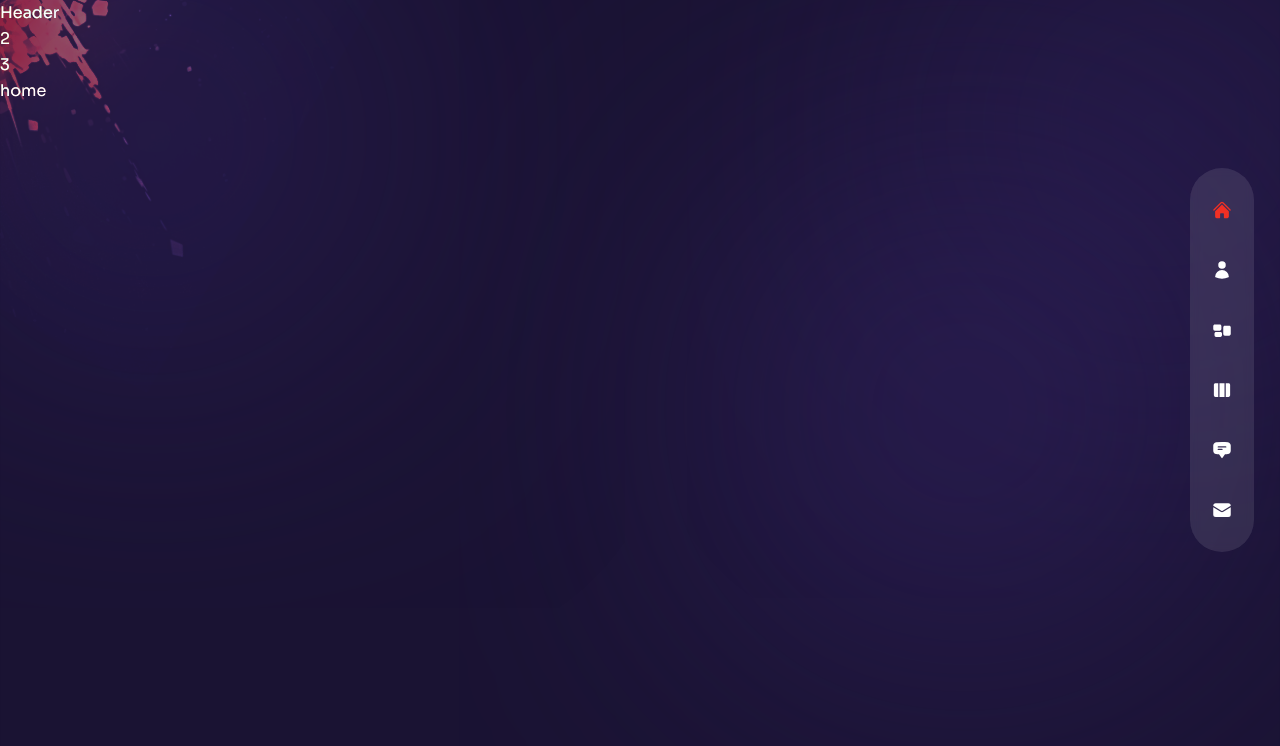
Repository: zecht12/Portofolio-without-db
Page: /
The author's editor kept a copy of each file at every save. The page is drawn from the files as they stood at one save, then again after a run of saves.
The browser window is 1280 px wide. The pictures show the whole page.
The project was rebuilt for these pictures with package versions that can differ from the ones it lists, and the page was loaded fresh each time. The framework's server and built-in components were replaced by stand-ins that run in the browser. Also part of the build but not shown: next.config.js.

Above is the page before, as saved 2023-10-05 23:06:29.

After the next 5 saves:
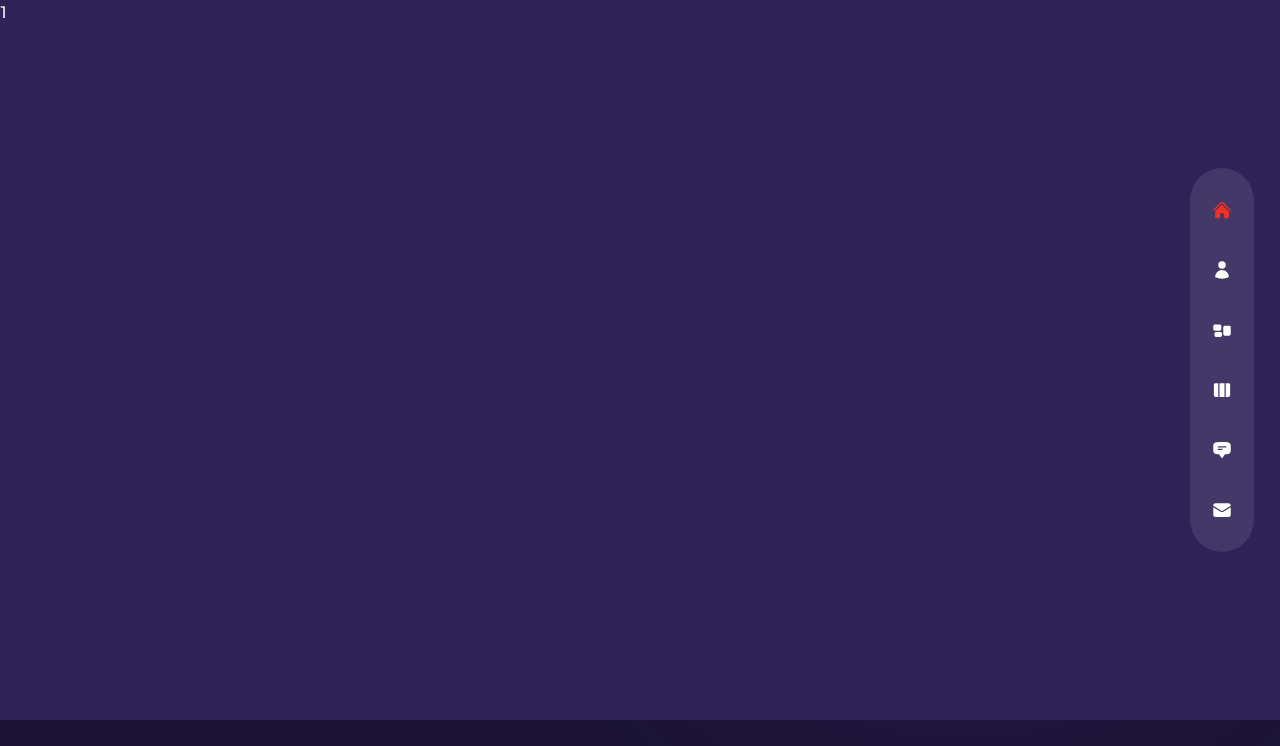
The 5 saves are shown as one change because 1 did not build or start and some came seconds apart.
The last was saved 26 s later.
--- a/components/Transition.js
+++ b/components/Transition.js
@@ -18,7 +18,7 @@
 const Transition = () => {
   return (
     <>
-      <motion.div variants={transitionVariants} className='fixed top-0 bottom-0 right-full w-screen h-screen z-30 bg-[#2e2257] '>1</motion.div>
+      <motion.div variants={transitionVariants} initial="initial" className='fixed top-0 bottom-0 right-full w-screen h-screen z-30 bg-[#2e2257] '>1</motion.div>
       <div>2</div>
       <div>3</div>
     </>

After the 3 saves that followed:
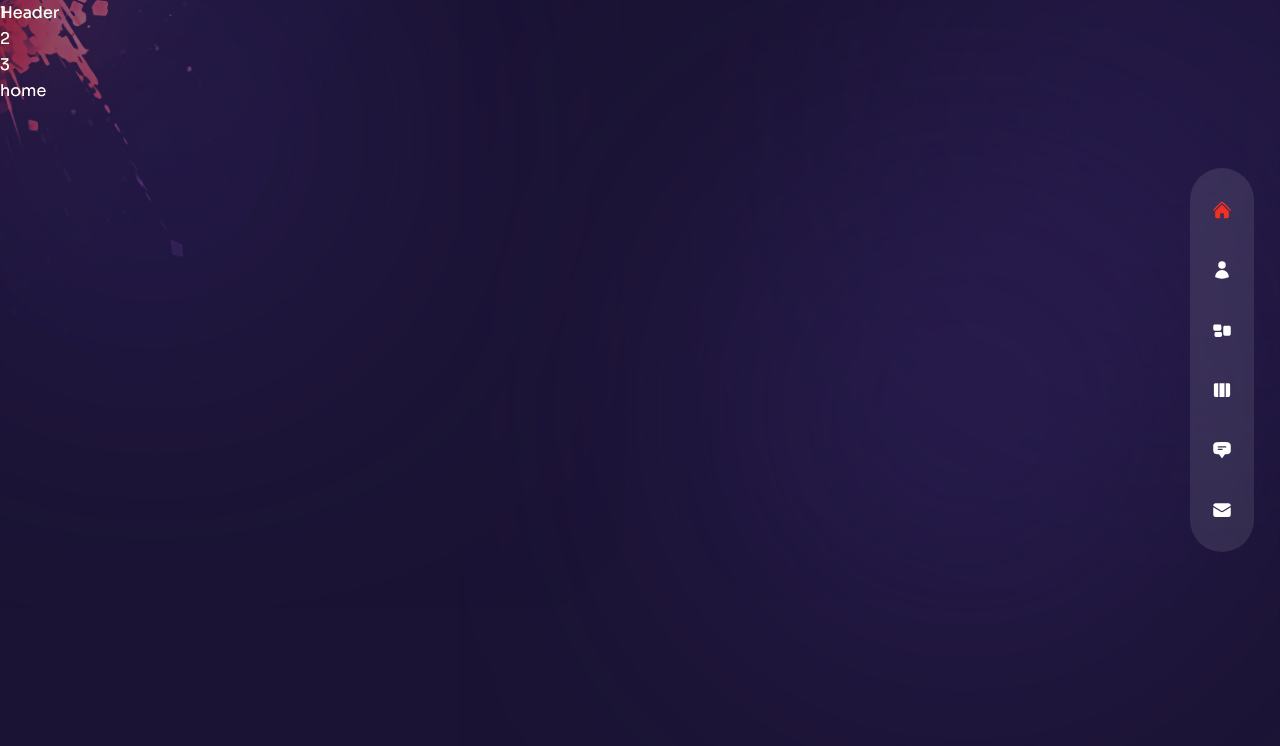
The 3 saves are shown as one change because 1 left the picture as it was and some came seconds apart.
The last was saved 23 s later.
--- a/components/Transition.js
+++ b/components/Transition.js
@@ -18,7 +18,7 @@
 const Transition = () => {
   return (
     <>
-      <motion.div variants={transitionVariants} initial="initial" className='fixed top-0 bottom-0 right-full w-screen h-screen z-30 bg-[#2e2257] '>1</motion.div>
+      <motion.div variants={transitionVariants} initial="initial" animate="animate" className='fixed top-0 bottom-0 right-full w-screen h-screen z-30 bg-[#2e2257] '>1</motion.div>
       <div>2</div>
       <div>3</div>
     </>
